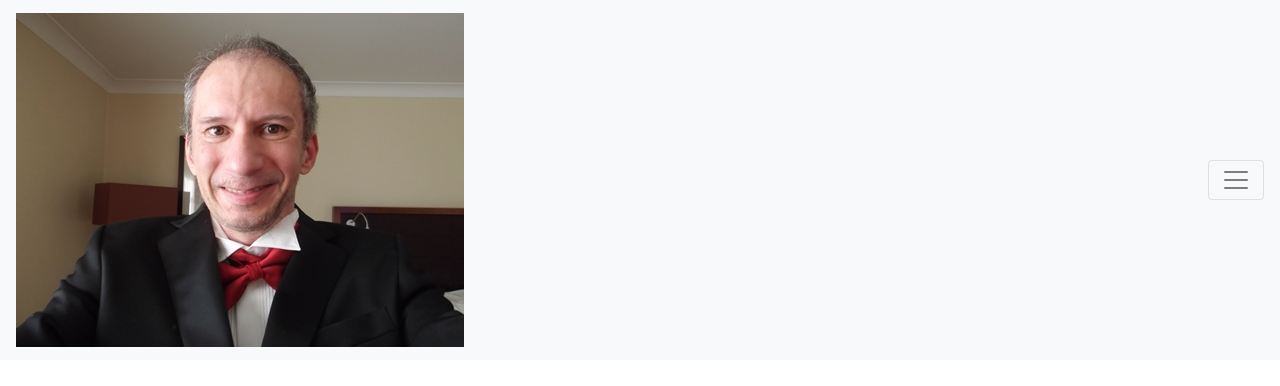
Repository: derektypist/product-landing-page
Page: index.html
The author's editor kept a record of every edit. The page is drawn from the files as they stood at one moment, then again after the next edit.
The browser window is 1280 px wide. The pictures show the whole page.

Above is the page before.

After the next edit:
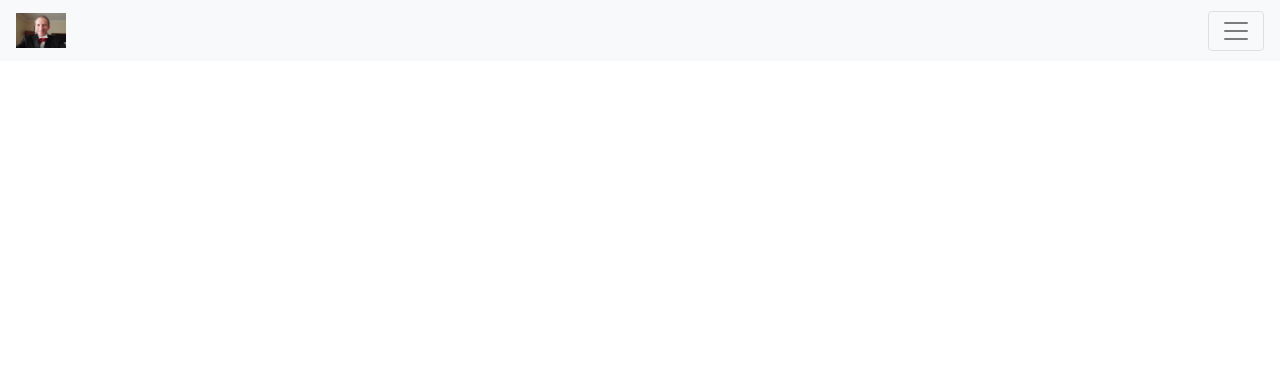
The edit:
--- a/index.html
+++ b/index.html
@@ -16,8 +16,9 @@
         }
 
         #header-img {
-            min-height: 168px;
-            min-width: 224px;
+            height: 35px;
+            width: 50px;
+            display: block;
         }
     </style>
 </head>
